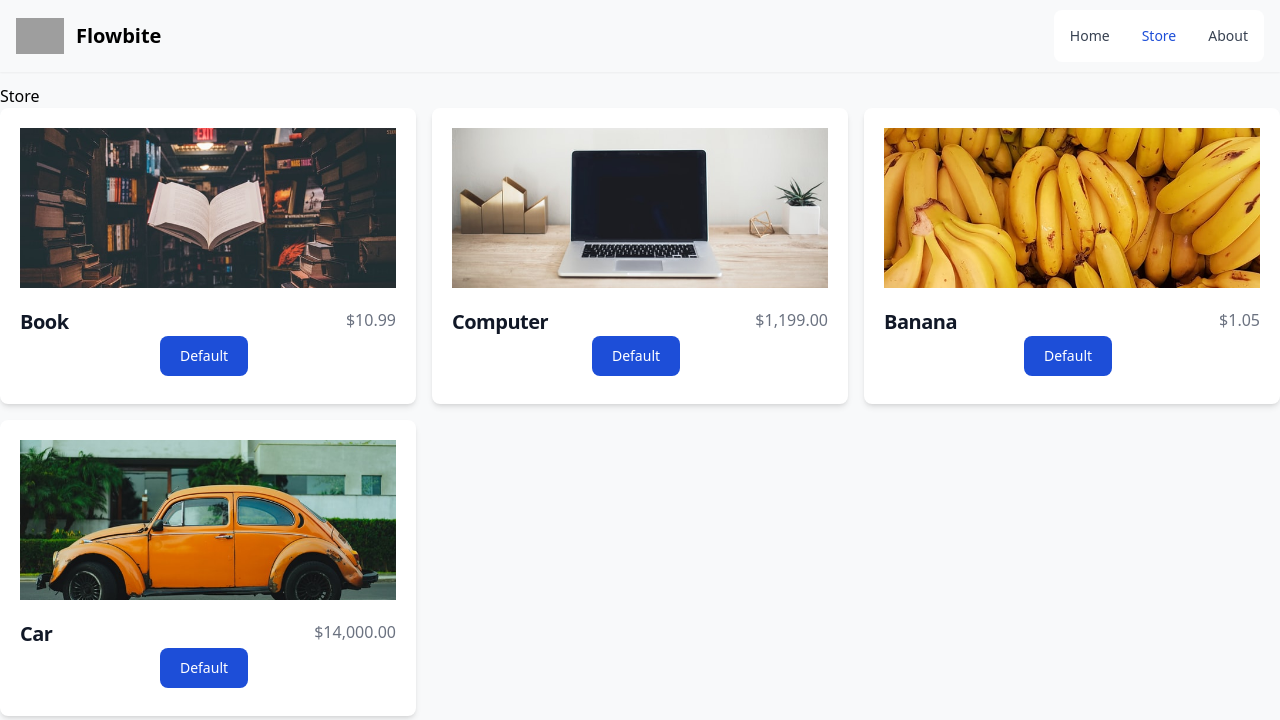
Repository: ducanhaep/react-ts-shopping-cart
Page: /store
The author's editor kept a copy of each file at every save. The page is drawn from the files as they stood at one save, then again after a run of saves.
The browser window is 1280 px wide. The pictures show the whole page.
Pictures or frames that could not be fetched are drawn as grey boxes. The project was rebuilt for these pictures with package versions that can differ from the ones it lists, and the page was loaded fresh each time. Also part of the build but not shown: vite.config.ts, src/pages/About.js, src/pages/Home.js.

Above is the page before, as saved 2023-01-11 19:56:44.

After the next 2 saves:
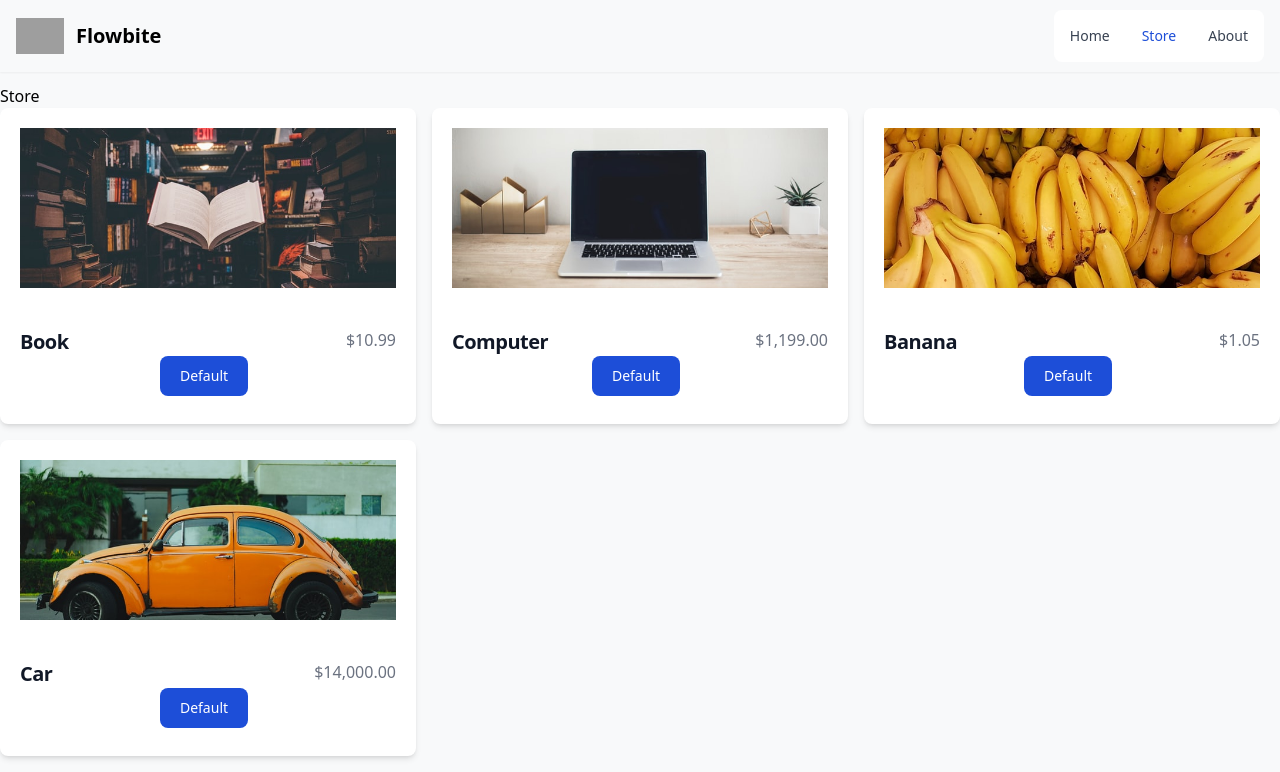
The 2 saves are shown as one change because they came seconds apart.
The last was saved 11 s later.
--- a/src/components/StoreItem.tsx
+++ b/src/components/StoreItem.tsx
@@ -20,7 +20,7 @@ export function StoreItem({ id, name, price, imgUrl }: StoreItemProps) {
           />
         </Link>
       </div>
-      <div className="flex flex-col px-5 pb-5">
+      <div className="flex flex-col px-5 p-5">
         <div className="flex justify-between">
           <Link to="#">
             <h5 className="text-xl font-semibold tracking-tight text-gray-900">
